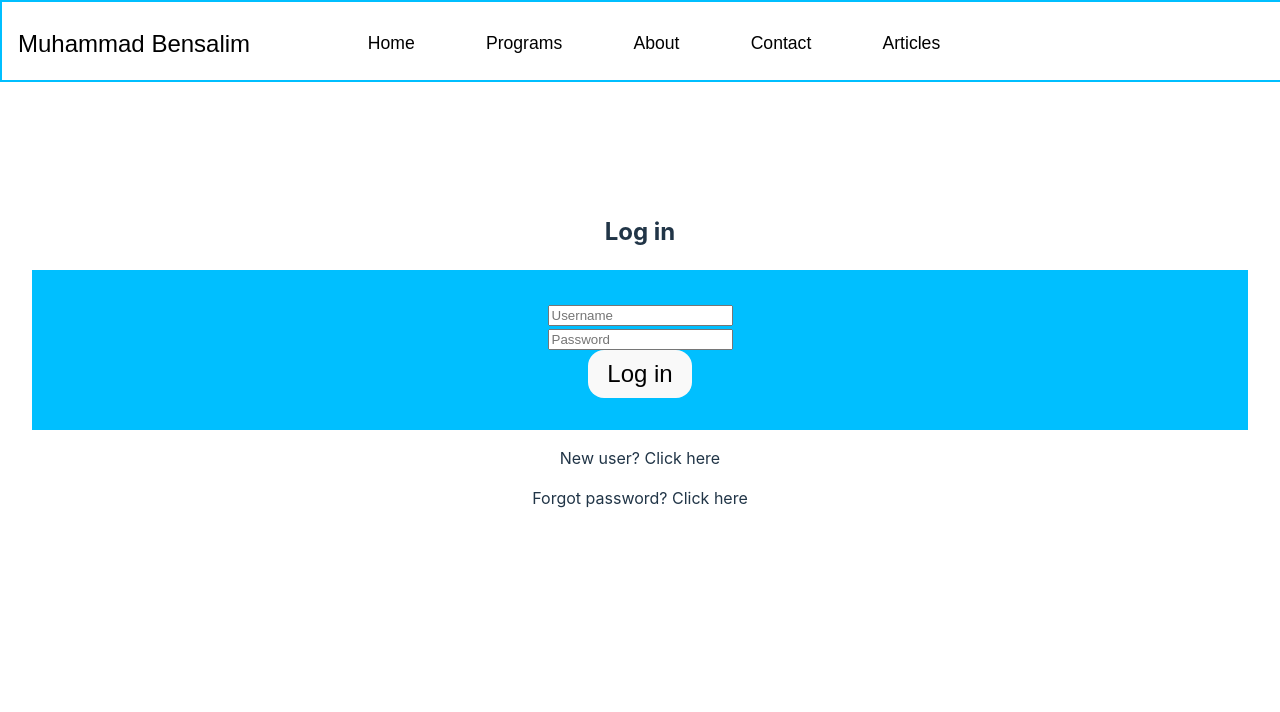
Repository: TMuse333/fitness_templates
Page: /progress
The author's editor kept a copy of each file at every save. The page is drawn from the files as they stood at one save, then again after a run of saves.
The browser window is 1280 px wide. The pictures show the whole page.
The project was rebuilt for these pictures with package versions that can differ from the ones it lists, and the page was loaded fresh each time. Also part of the build but not shown: vite.config.js, src/components/herobanner/herobanner.css, src/components/herobanner/herobanner.jsx, src/components/about/about.css, src/components/about/about.jsx, src/components/serviceOffering/serviceOffering.css, src/components/serviceOffering/serviceOffering.jsx, src/data/data.js and 33 more. Imported but missing from the stored project, and not drawn on this page: src/media/best_dunk.mp4.

Above is the page before, as saved 2024-03-09 19:30:24.

### src/main.jsx
import './index.css'
import * as React from 'react';
import { StrictMode } from 'react';
import { createRoot } from 'react-dom/client';
import { BrowserRouter } from 'react-router-dom';

import App from './App';

const rootElement = document.getElementById('root');
const root = createRoot(rootElement);

root.render(
  <StrictMode>
    <BrowserRouter>
      <App />
    </BrowserRouter>
  </StrictMode>
);

### src/index.css
:root {
  font-family: Inter, system-ui, Avenir, Helvetica, Arial, sans-serif;
  line-height: 1.5;
  font-weight: 400;

  color-scheme: light dark;
  color: rgba(255, 255, 255, 0.87);
  background-color: #242424;

  font-synthesis: none;
  text-rendering: optimizeLegibility;
  -webkit-font-smoothing: antialiased;
  -moz-osx-font-smoothing: grayscale;
}

a {
  font-weight: 500;

  text-decoration: inherit;
}
a:hover {

}

body {
  margin: 0;
  display: flex;
  place-items: center;
  min-width: 320px;
  min-height: 100vh;
}

h1 {
  font-size: 3.2em;
  line-height: 1.1;
}

button {
/* border: none;
  padding: 0.6em 1.2em;
  font-size: 1em;
  font-weight: 500;
  font-family: inherit;

  cursor: pointer;
  transition: border-color 0.25s;
  transition: all 0.3s ease-in; */
  background-color: #00bfff;

  font-size: 1.5rem;
  border-radius: 1rem;
  padding: 0.6rem 1.2rem;
  font-weight: 500;
  border: none;
  margin: 0 auto;
}
button:hover {
  /* transform: scale(1.3); */

}
button:focus,
button:focus-visible {
  outline: 4px auto -webkit-focus-ring-color;
}

@media (prefers-color-scheme: light) {
  :root {
    color: #213547;
    background-color: #ffffff;
  }
  a:hover {
    color: #747bff;
  }
  button {
    background-color: #f9f9f9;
  }
}

### src/App.jsx
import { useState } from 'react'

import './App.css'
import Homepage from '../pages/homepage'
import Program from '../pages/program';
import { BrowserRouter as Router, Route, Routes } from 'react-router-dom';
import Contact from '../pages/contact';
import About from '../pages/about';
import Articles from '../pages/articles';
import Progress from '../pages/progress';


function App() {
  const [count, setCount] = useState(0)

  return (
    <>
    <Routes>
      <Route path='/'
        element={<Homepage/>}
        />
        <Route path='programs'
        element={<Program/>}
        />
        <Route path='contact'
        element={<Contact/>}
        />
        <Route path='about'
        element={<About/>}
        />
        <Route path='articles'
        element={<Articles/>}
        />
        <Route path='progress'
        element={<Progress/>}
        />
    </Routes>

    </>
  )
}

export default App

### src/App.css
#root {
  max-width: 1280px;
  margin: 0 auto;
  padding: 2rem;
  text-align: center;
}

.logo {
  height: 6em;
  padding: 1.5em;
  will-change: filter;
  transition: filter 300ms;
}
.logo:hover {
  filter: drop-shadow(0 0 2em #646cffaa);
}
.logo.react:hover {
  filter: drop-shadow(0 0 2em #61dafbaa);
}

.homepage{
  position: absolute;
  left:0;
  top:0;
  overflow-x: hidden;
  background: radial-gradient(circle at center, rgba(1, 181, 241, 0.7), rgba(24, 60, 84, 0.7));
}

.program-container, .personal-container, .articles-container
{
  position: absolute;
  top:0;
  left:0;
  overflow-x: hidden;
}

.progress-container{
  pos
}

.program-video{
  background-color: red;
}

.questions-list{
  margin-bottom: 3rem;
}



@keyframes logo-spin {
  from {
    transform: rotate(0deg);
  }
  to {
    transform: rotate(360deg);
  }
}

@media (prefers-reduced-motion: no-preference) {
  a:nth-of-type(2) .logo {
    animation: logo-spin infinite 20s linear;
  }
}

.card {
  padding: 2em;
}

.read-the-docs {
  color: #888;
}

### pages/progress.jsx
import React from "react";
import Navbar from "../src/components/navbar/navbar";
import Login from "../src/components/login/Login";



const Progress = () => {

    const links = [
        {
            dest:'/',
            name:'Home'
          },
        {
            dest:'programs',
            name:'Programs'
        },
        {
            dest:'about',
            name:'About'
        },
        {
            dest:'contact',
            name:'Contact'
        },
        {
            dest:'articles',
            name:"Articles"
        },

    ]

    return (<>
<Navbar links={links}
/>
<div className="progress-container">


       <Login/>
       </div>
        </>

    )
}


export default Progress

### src/components/navbar/navbar.jsx
import React, { useState,useEffect } from 'react';
// import { FaArrowLeft, FaArrowRight } from 'react-icons/fa';
import { Link } from 'react-router-dom';
import './navbar.css'

import nobg from '../../media/quantum-striker-pose.png'





const Navbar = ({links,id}) => {
  const [subMenuVisible, setSubMenuVisible] = useState(false);
  const [isMobile, setIsMobile] = useState(true)
  const [hovered, setHovered] = useState(false)
  const [navHovered, setNavHovered] = useState(null)

  const handleMouseEnter = () => {
    setHovered(true)
  }

  const handleMouseLeave = () => {
    setHovered(false)
  }

  const handleNavEnter = (index) => {
    setNavHovered(index);
  };

  const handleNavLeave = () => {
    setNavHovered(null);
  };

  const toggleSubMenu = () => {

    setSubMenuVisible(!subMenuVisible);
  };


  useEffect(() => {
    // Function to update sub-menu visibility when the screen width changes
    const handleResize = () => {
      const screenWidth = window.innerWidth;
      setIsMobile(!(screenWidth >= 865)); // Set subMenuVisible to true if screen width is at least 415 pixels
    };

    // Add a resize event listener to update the sub-menu visibility
    window.addEventListener('resize', handleResize);

    // Initial call to set sub-menu visibility based on current screen width
    handleResize();

    // Clean up the event listener when the component unmounts
    return () => {
      window.removeEventListener('resize', handleResize);
    };
  }, []);

  const style = {
height: isMobile && !subMenuVisible ? '0px' :  isMobile ? '190px' : 'auto',
overflowY:'hidden',
width: isMobile ?'80px':'auto',
backgroundImage: isMobile ? 'linear-gradient(to right, #00bfff, #4db8ff, #64bcff, #00bfff)' : null,
transition: isMobile? 'height 0.3s ease-in,padding 0.3s ease-in' : null,
marginTop: isMobile ? '1rem' : null,
borderRadius:'10px',
paddingTop:subMenuVisible ?'1rem' : '0'



  };

  const navStyle = (index) => {

    return{
      backgroundColor: navHovered === index? '#00bfff' : null,
      padding:'0 0.55rem 0 0.55rem',
      borderRadius:'7px',
      // color:navHovered === index? '#6c5933' : null,
    }
  }

  const logoStyle = {
    transform: hovered || subMenuVisible? 'scale(1.3)' : 'scale(1)',
    width:'50px',
    transition:'all ease-in 0.3s',
    backgroundColor:'transparent',
    marginTop:'-1rem'
  }

  return (

    <div className='navbar-container'
    id={id}>
    <p
          className='big-logo'
          style={logoStyle}
          />
    <div className='navbar-logo'>

   <Link to='/'
   className='home-nav'>


        <p className='navbar-logo'
      >Muhammad Bensalim</p>
       </Link>

      </div>




      <div className='list-container'>
        <button onClick={toggleSubMenu}

        className='mini-logo'

        >



       <img style={logoStyle}
       onMouseEnter={handleMouseEnter}
       onMouseLeave={handleMouseLeave}
       src={nobg}

 />
        </button>
        <ul
        className='nav-list'
        style={style}

         >

          {links.map((link,index) => (
            <Link to={link.dest}
            key={index}
            className='nav-link'>
                <li
                onMouseEnter={()=>handleNavEnter(index)}
                onMouseLeave={()=>handleNavLeave()}
                style={navStyle(index)}>
                  {link.name}
                </li>
            </Link>
          ))}

        </ul>
      </div>




       </div>

  );
};

export default Navbar;

### src/components/login/Login.jsx
import React from "react";
import './login.css'

const Login = () => {
  return (
    <>
      <div className="login-container">
        <h2>Log in</h2>
        <div className="login-box">
          <form>
            <div className="form-group">

              <input type="text" id="username" name="username"
              placeholder="Username"/>
            </div>

            <div className="form-group">

              <input type="password" id="password" name="password"
              placeholder="Password" />
            </div>

            <button type="submit">Log in</button>
          </form>

        </div>
        <p>New user? Click here</p>
        <p>Forgot password? Click here</p>
      </div>
    </>
  );
};

export default Login;

### src/components/navbar/navbar.css
/* Add this to your navbar.css file */

.navbar-container{


    position: fixed;
     width: 100vw;

     top: 0px;
     left:0px;
     background:rgba(255, 255, 255, 0.7) ;

     height: 70px;
     z-index: 30;
  padding-top: 0.5rem;
  border-bottom: 2px solid #333;

    border: 2px solid #00bfff;

   }

   #overview-nav{
    background: radial-gradient(circle at center, rgba(0, 153, 205, 0.7), rgba(48, 115, 160, 0.9));
   }

   .big-logo{
     display: none;
   }

   .list-container {
    color:white;
    transform: translateY(-2.5rem);
    width:min-content;
    margin-left: auto;
    /* background-color: #BE9F5B; */
    margin-right: 2rem;
  /* background: linear-gradient(to right, #6c5933, #be9f5b, #6c5933);; */



   }

   .nav-list{
     /* margin-right: 2rem; */
     width: 50px;
     align-items: center;
     display:flex;
     flex-direction: column;
     margin-right: -1.5rem;
     color:black;
     /* background-color: #BE9F5B;
     background: linear-gradient(to right, #6c5933, #be9f5b, #6c5933); */
   }

   .home-nav{
    text-decoration: none;
   }

   .list-container li{
     list-style-type: none;
     /* transform: translateX(-25%); */
     padding:10px;
     color:black;
     font-weight: 500;
     transform: translateX(-1rem);
     font-family: 'Palatino Sans', 'Palatino Sans Informal', 'Palatino Sans Text', 'Palatino Sans W1G', 'Palatino Sans W01', sans-serif;
    text-decoration: none;
    margin-top: 0.5rem;
    margin-bottom: 1rem;
    /* color:white; */



     /* margin-top: -2rem; */

   }

   .list-container li a {
    text-decoration: none;
    color:white;
   }

   .mini-logo {
     display: flex;
     justify-content: center;
     align-items: center;
     margin-top: -1rem;
     height: 2.5rem;
     width: 2rem; /* Set the width and height to make it a perfect circle */
     padding: 0; /* Remove padding */
     border-radius: 50%; /* Make it circular */
     margin-left: auto;

     /* margin-right: auto; */
     background-color: transparent;
     border-color: transparent;



   }

   .navbar-logo{
     color:black;
     text-align: left;
     margin-left: 0.5rem;
     font-family: 'Abhaya Libre', sans-serif;
     font-size: 1.3rem;
     margin-top: 1.3rem;
     /* background-color: #BE9F5B; */
     /* background-image: url(src/media/SAINEY-MEDIA.png); */

   }

   .nav-button::before,
   .nav-button::after {
     content: '';
     position: absolute;
     background-color: #d15959; /* Set the color of the lines */
     height: 2px; /* Set the height of the lines */
     width: 10%; /* Set the width of the lines */
   }

   .nav-button::before {
     top: 5%;
   }

   .nav-button::after {
     top: 8%;
   }

  .nav-link{
  text-decoration: none;
  color:white;
  }

  @media screen and (min-width:400px){
    .mini-logo{
      margin-right: 1.5rem;
    }
  }



   @media screen and (min-width: 865px)  {
     .nav-list {
       display: flex;
       width:max-content;
       flex-direction: row;
       justify-content: space-between;
       padding:0 5px 0 5px;
       margin-top: -0.8rem;
       height:100%;
       /* transform: translateX(1rem); */
       /* background-color: rgb(38, 37, 79); */
       /* background-color: #d15959; */




       /* background-color: ; */
     }

     /* .navbar-container{
      width:98vw;
     } */

     .list-container{
      width:45vw;
      margin-top: -1.5rem;
     }

     .list-container li{
      font-size: 1.1rem;
      font-weight: 400;
     }



     .nav-button{
       /* display: none; */
     }

     .list-container li{
       transform: translateX(0rem);
       white-space: nowrap;
       padding:0;
     }

     .list-container{

       margin-left: auto;
       margin-right: auto;
     }

     .mini-logo{
       display: none;
     }

     .navbar-logo{
      font-size: 1.5rem;
      margin-top: 1rem;
     }

     .big-logo{
       position: absolute;
       right:2rem;
       display: flex;
       top:1rem;
     }

     /* .navbar-logo{
       display: none;
     } */
   }

### src/components/login/login.css
.login-box{
    background-color: #00bfff;
    padding:2rem;
    width:90vw;
    margin:0 auto;
}

.login-contanier{
    width:100vw;
}

Loaded but not shown: index.html (common file)

After the next 2 saves:
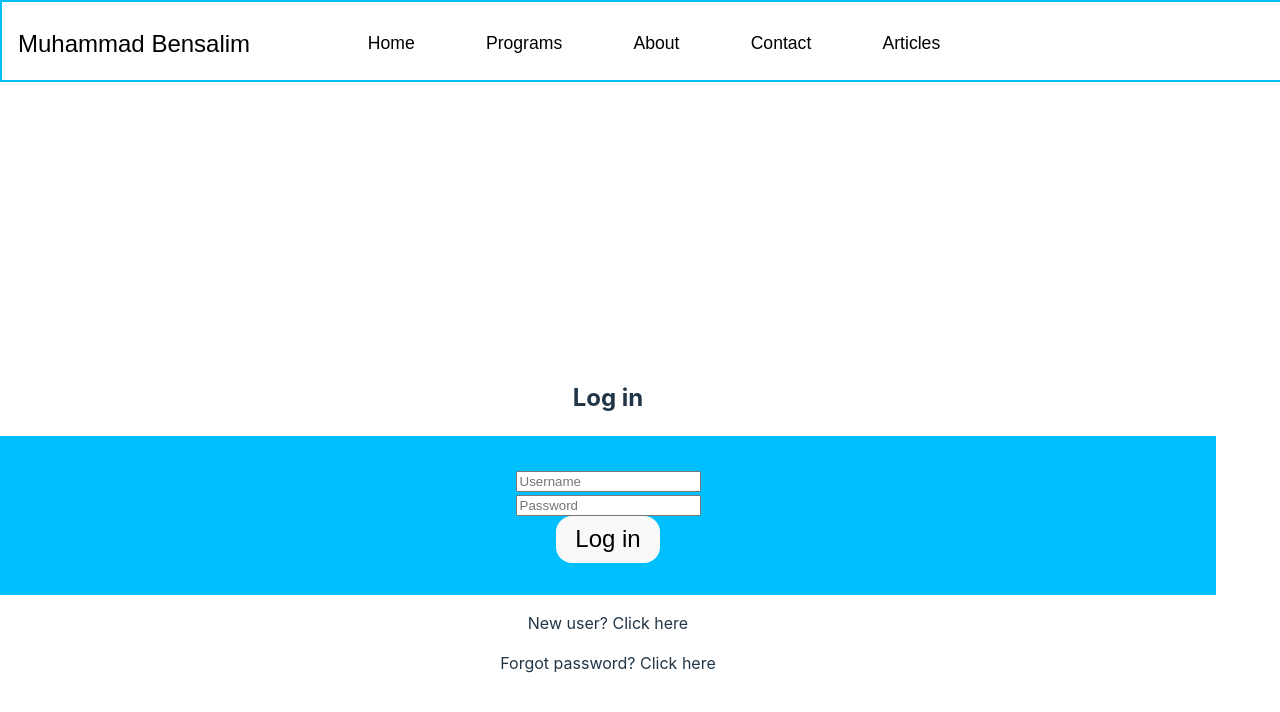
The 2 saves are shown as one change because they came seconds apart.
The last was saved 8 s later.
--- a/src/App.css
+++ b/src/App.css
@@ -35,7 +35,9 @@
 }
 
 .progress-container{
-  pos
+  position: absolute;
+  left:0;
+
 }
 
 .program-video{
